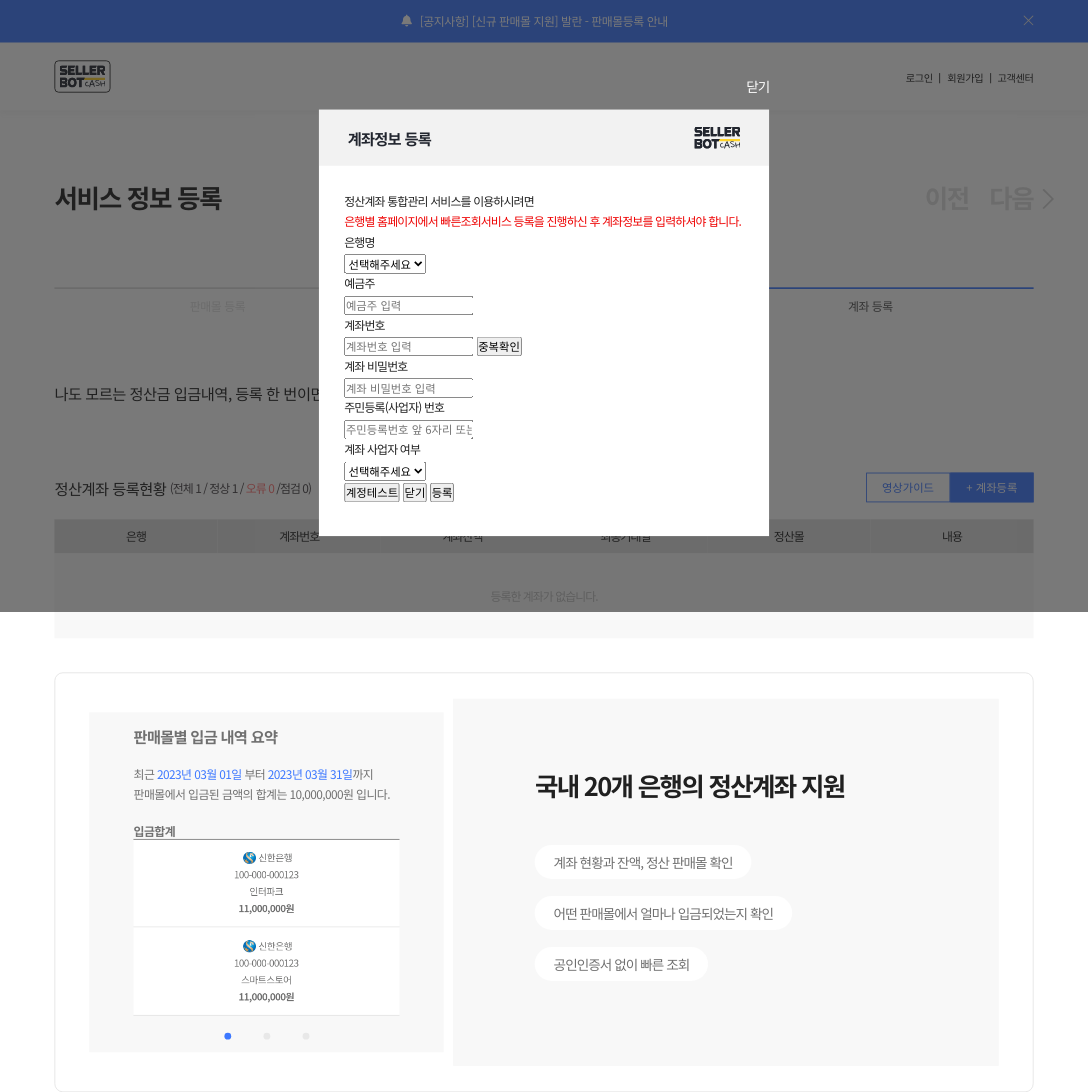
Repository: elemapfelr/ownServer
Page: test-server/web/sellerbot_signup/step_07.html
These files come from the project's save history. The page is drawn as it stood at one moment and after the next save; the edit follows.
The browser window is 1280 px wide. The pictures show the whole page, at 85% of full size.
After loading, the first visible `#regAcc` was clicked once.
Some web libraries are served in a nearby version. The style sheet was rebuilt from its Sass, Less or Tailwind sources for each picture, by a compiler version that may differ from the author's.

Above is the page before, as saved 2023-03-15 10:58:12.

After the next save:
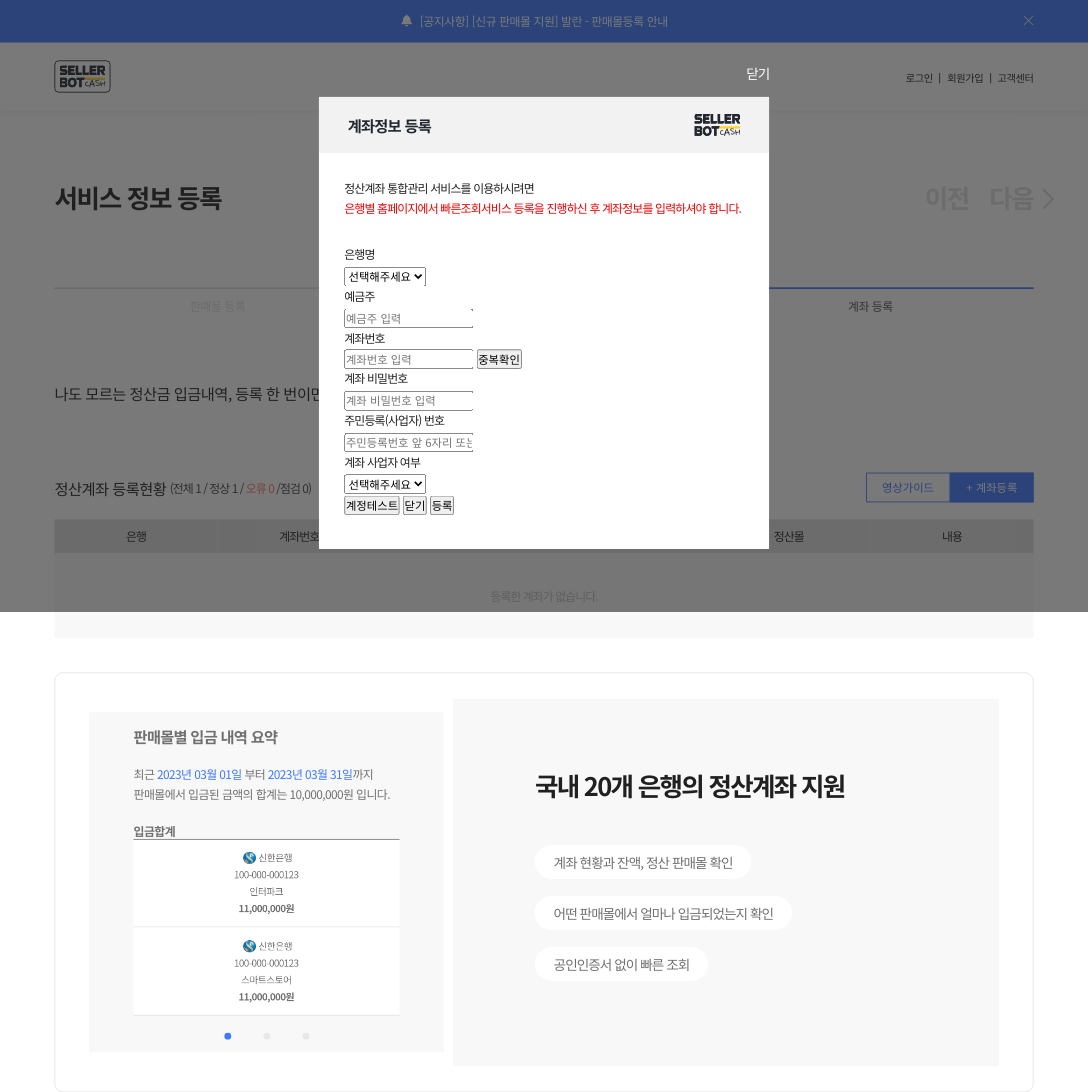
Saved 24 s later.
--- a/test-server/web/sellerbot_signup/css/scss/step_07.scss
+++ b/test-server/web/sellerbot_signup/css/scss/step_07.scss
@@ -242,6 +242,10 @@
                     color: #ee0000;
                 }
             }
+
+            form{
+                margin-top: 30px;
+            }
         }
     }
 }
